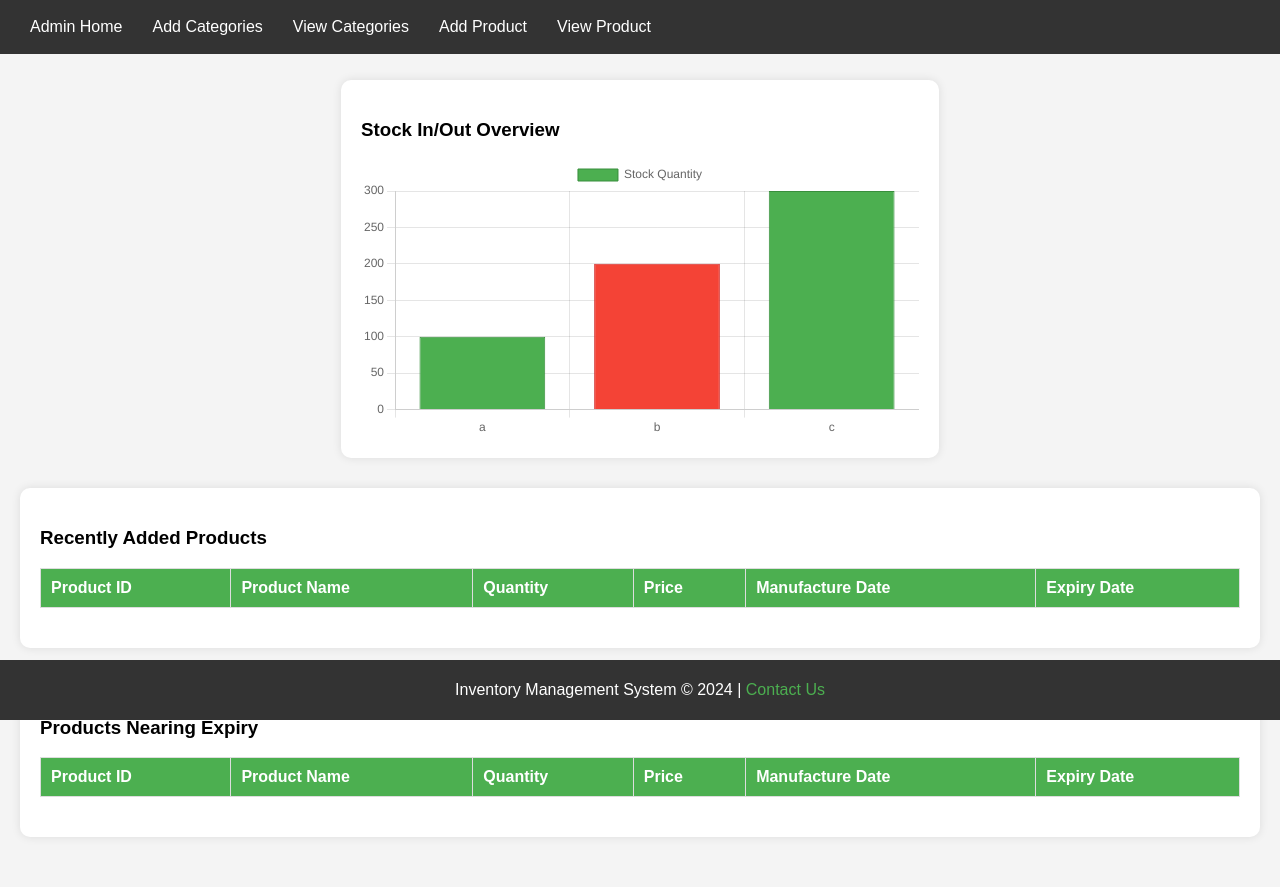
Repository: SimOneGraCias11/Montran_Training
Page: http://localhost/Project/adminHome.jsp
An editor plug-in stored every save of this project. The page is shown before and after the next save, followed by the edit.
The browser window is 1280 px wide. The pictures show the whole page.
The page is served by Tomcat 9.

Above is the page before, as saved 2024-08-10 23:28:38.

After the next save:
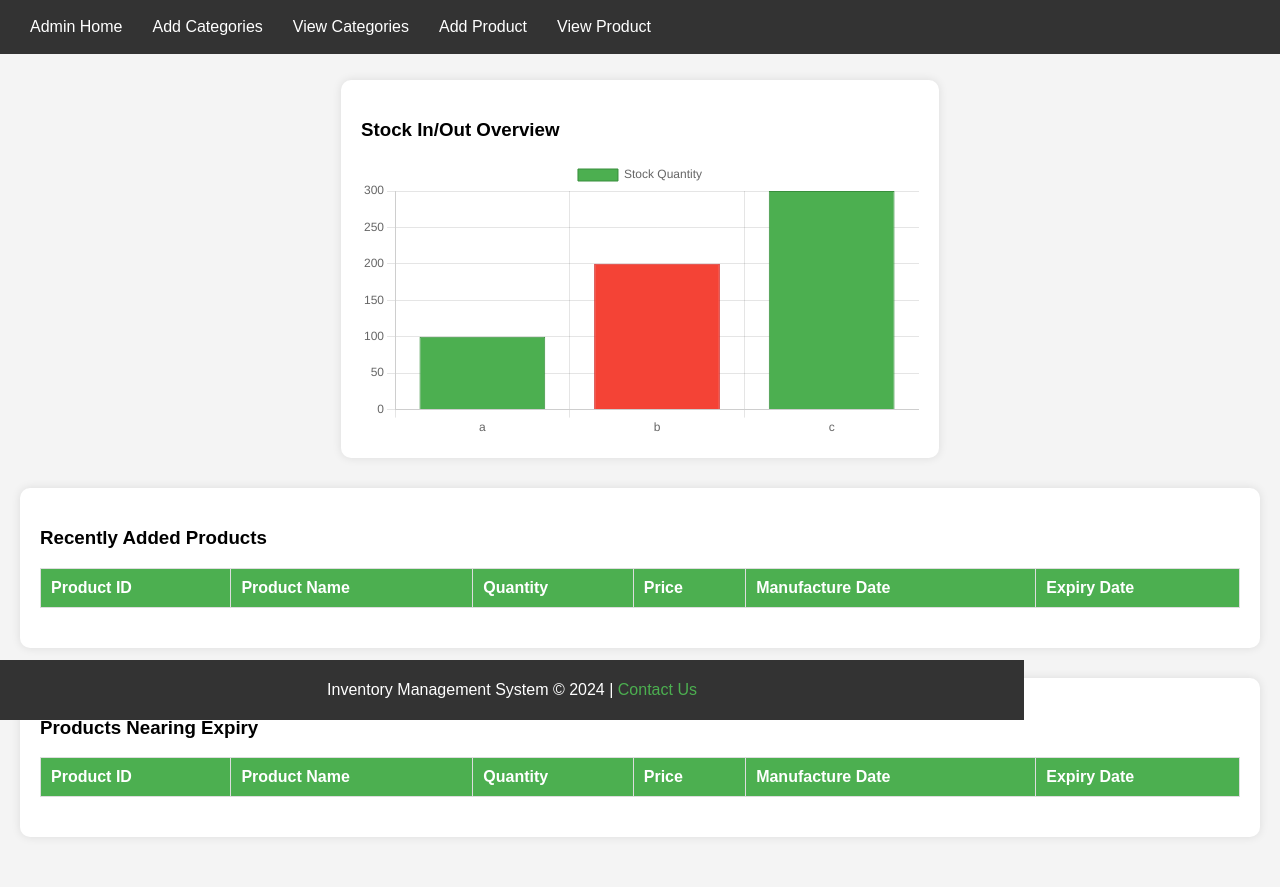
Saved 39 s later.
--- a/Project/src/main/webapp/footer.jsp
+++ b/Project/src/main/webapp/footer.jsp
@@ -14,7 +14,7 @@ text-align:center;
 position:fixed;
 left:0;
 bottom:0;
-width:100%;
+width:80%;
 box-sizing:border-box;
 
 }
